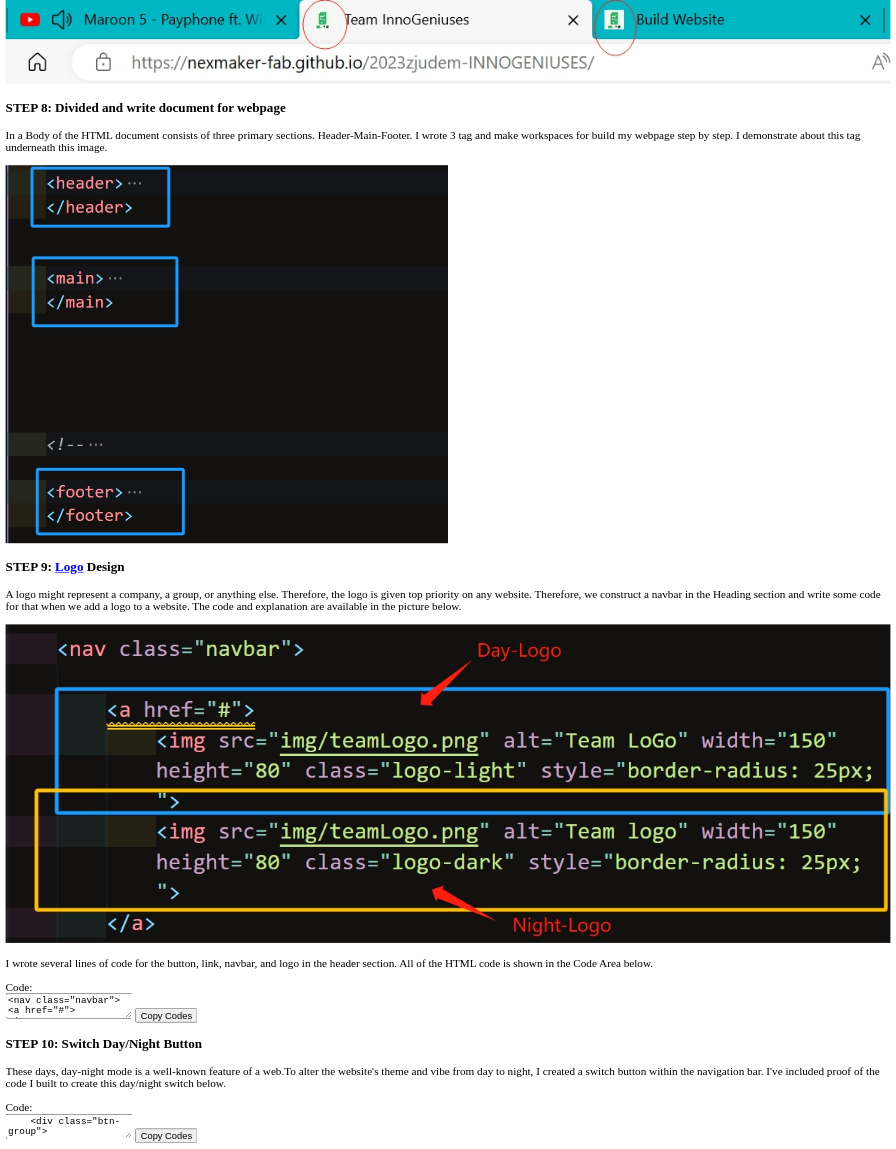
Repository: NexMaker-Fab/2023zjudem-INNOGENIUSES
Page: build web/page.html
The author's editor kept a copy of each file at every save. The page is drawn from the files as they stood at one save, then again after the next save.
The browser window is 1280 px wide. The pictures show the part of the page from y = 2290 to 4210 px (the page is 3931 px tall before and 4210 px after), at 70% of full size.

Above is the page before, as saved 2023-11-27 19:58:57.

### build web/page.html
<!DOCTYPE html>
<html lang="en">

<head>
    <meta charset="UTF-8">
    <meta name="viewport" content="width=device-width, initial-scale=1.0">
    <title>How to Build Website</title>
</head>

<body>
    <h3>STEP 4: Live Server Extension</h3>
    <p>Go to visual studio extention secsion, search live server and click install it. This extesion help to observe new change on your webpage when you change something in your code. You can see the exension installation image below:
    </p>
    <img src="img/Live Server.png" alt="description photo" style="width:100%; height: fit-content;">

    <h2 style="font-weight: bolder;">How to write the website document</h2>

    <h3>STEP 5: Make folder and file for writing code to build a website</h3>
    <p>Open VS Code and open clone repository folder. Create a html file, a css file & a JS file. Create a folder for image resources. After that go to the html file which is named index.html and write some basic html documents. You can see all the step
        in snapshot below:
    </p>
    <img src="img/bw1.png" alt="description photo" style="width:100%; height: fit-content;">
    <p>
        Here, I've included links to my external CSS file, a few fonts link, and bootstrap. That will assist me in designing and improving the appearance of my webpage.
    </p>

    <h3>STEP 6: Store Resources in img folder</h3>
    <p>To build a website we need some basic resources, such as logo, favicon, bg-picture, banner, etc. I have to gather all the resources in that folder as You can see all the step in snapshot below:
    </p>
    <img src="img/bw2.png" alt="description photo" style="width:50%; height: 100%;">

    <h3>STEP 7: Title and Title logo</h3>
    <p>An HTML document consists of two primary sections. Head and Body. The title of my website, some meta data, and the title logo—also referred to as a favicon by programmers—can all be written in the Head section. I demonstrate how to write a title and
        put a title logo underneath this image.
    </p>
    <img src="img/bw3.png" alt="description photo" style="width:100%; height: fit-content;">
    <p>
        favicon is a format that can help us put logo in title bar as you can see in the photo. Below of this page you can get how to make a <a href="#logoCreate">Logo</a> free.
    </p>
    <img src="img/title logo.png" alt="description photo" style="width:100%; height: 100%;">
    <h3>STEP 8: Divided and write document for webpage</h3>
    <p>In a Body of the HTML document consists of three primary sections. Header-Main-Footer. I wrote 3 tag and make workspaces for build my webpage step by step. I demonstrate about this tag underneath this image.
    </p>
    <img src="img/bw4.png" alt="description photo" style="width:50%; height:fit-content;">
    <h3>STEP 9: <a href="#BuildLogo">Logo</a> Design</h3>
    <p>A logo might represent a company, a group, or anything else. Therefore, the logo is given top priority on any website. Therefore, we construct a navbar in the Heading section and write some code for that when we add a logo to a website. The code and
        explanation are available in the picture below.
    </p>
    <img src="img/bw5.png" alt="description photo" style="width:100%; height:fit-content;">
    <p>I wrote several lines of code for the button, link, navbar, and logo in the header section. All of the HTML code is shown in the Code Area below.</p>
    <div class="code-boxes">
        <div class="code-box codeBox">
            <div class="topic">Code:</div>
            <textarea id="codeBox" readonly>
<nav class="navbar">
<a href="#">
<img src="img/teamLogo.png" alt="Team LoGo" width="150" height="80" class="logo-light"
style="border-radius: 25px;">
<img src="img/teamLogo.png" alt="Team logo" width="150" height="80" class="logo-dark"
style="border-radius: 25px;">
</a>

<div class="btn-group">

<button class="theme-btn theme-btn-mobile light">
<ion-icon name="moon" class="moon"></ion-icon>
<ion-icon name="sunny" class="sun"></ion-icon>
</button>

<button class="nav-menu-btn">
<ion-icon name="menu-outline"></ion-icon>
</button>

</div>

<div class="flex-wrapper">

<ul class="desktop-nav">

<li>
<a href="#home" class="nav-link">Home</a>
</li>

<li>
<a href="#project" class="nav-link">Projects</a>
</li>

<li>
<a href="#contact" class="nav-link">Contact US</a>
</li>

</ul>

<button class="theme-btn theme-btn-desktop light">
<ion-icon name="moon" class="moon"></ion-icon>
<ion-icon name="sunny" class="sun"></ion-icon>
</button>

</div>

<div class="mobile-nav">

<button class="nav-close-btn">
<ion-icon name="close-outline"></ion-icon>
</button>

<div class="wrapper">

<p class="h3 nav-title">Main Menu</p>

<ul>
<li class="nav-item">
<a href="#home" class="nav-link">Home</a>
</li>

<li class="nav-item">
<a href="#project" class="nav-link">Projects</a>
</li>

<li class="nav-item">
<a href="#contact">Contact Us</a>
</li>
</ul>
</div>
</div>

</nav>
        </textarea>
            <button id="codeButton">Copy Codes</button>
        </div>
    </div>
    <h3>STEP 10: Switch Day/Night Button</h3>
    <p>These days, day-night mode is a well-known feature of a web.To alter the website's theme and vibe from day to night, I created a switch button within the navigation bar. I've included proof of the code I built to create this day/night switch below.
    </p>
    <div class="code-boxes">
        <div class="code-box codeBox">
            <div class="topic">Code:</div>
            <textarea id="codeBox" readonly>
    <div class="btn-group">

    <button class="theme-btn theme-btn-mobile light">
    <ion-icon name="moon" class="moon"></ion-icon>
    <ion-icon name="sunny" class="sun"></ion-icon>
    </button>

    <button class="nav-menu-btn">
    <ion-icon name="menu-outline"></ion-icon>
    </button>

    </div>
                        </textarea>
            <button id="codeButton">Copy Codes</button>
        </div>
    </div>
</body>

</html>

After the next save:
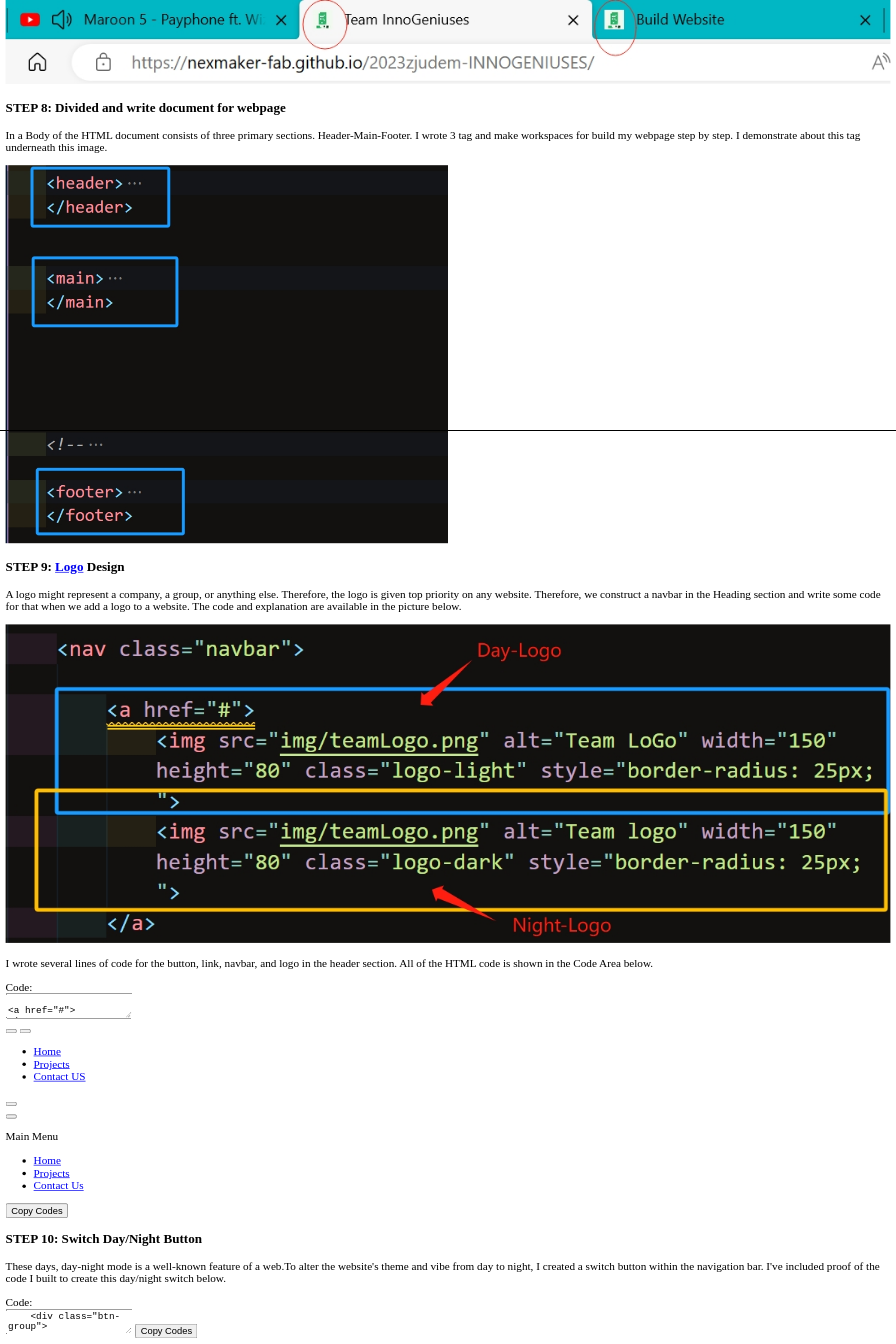
Saved 68 s later.
--- a/build web/page.html
+++ b/build web/page.html
@@ -52,80 +52,80 @@
         <div class="code-box codeBox">
             <div class="topic">Code:</div>
             <textarea id="codeBox" readonly>
-<nav class="navbar">
+
 <a href="#">
 <img src="img/teamLogo.png" alt="Team LoGo" width="150" height="80" class="logo-light"
 style="border-radius: 25px;">
 <img src="img/teamLogo.png" alt="Team logo" width="150" height="80" class="logo-dark"
 style="border-radius: 25px;">
 </a>
+</textarea>
+            <div class="btn-group">
 
-<div class="btn-group">
-
-<button class="theme-btn theme-btn-mobile light">
+                <button class="theme-btn theme-btn-mobile light">
 <ion-icon name="moon" class="moon"></ion-icon>
 <ion-icon name="sunny" class="sun"></ion-icon>
 </button>
 
-<button class="nav-menu-btn">
+                <button class="nav-menu-btn">
 <ion-icon name="menu-outline"></ion-icon>
 </button>
 
-</div>
+            </div>
 
-<div class="flex-wrapper">
+            <div class="flex-wrapper">
 
-<ul class="desktop-nav">
+                <ul class="desktop-nav">
 
-<li>
-<a href="#home" class="nav-link">Home</a>
-</li>
+                    <li>
+                        <a href="#home" class="nav-link">Home</a>
+                    </li>
 
-<li>
-<a href="#project" class="nav-link">Projects</a>
-</li>
+                    <li>
+                        <a href="#project" class="nav-link">Projects</a>
+                    </li>
 
-<li>
-<a href="#contact" class="nav-link">Contact US</a>
-</li>
+                    <li>
+                        <a href="#contact" class="nav-link">Contact US</a>
+                    </li>
 
-</ul>
+                </ul>
 
-<button class="theme-btn theme-btn-desktop light">
+                <button class="theme-btn theme-btn-desktop light">
 <ion-icon name="moon" class="moon"></ion-icon>
 <ion-icon name="sunny" class="sun"></ion-icon>
 </button>
 
-</div>
+            </div>
 
-<div class="mobile-nav">
+            <div class="mobile-nav">
 
-<button class="nav-close-btn">
+                <button class="nav-close-btn">
 <ion-icon name="close-outline"></ion-icon>
 </button>
 
-<div class="wrapper">
+                <div class="wrapper">
 
-<p class="h3 nav-title">Main Menu</p>
+                    <p class="h3 nav-title">Main Menu</p>
 
-<ul>
-<li class="nav-item">
-<a href="#home" class="nav-link">Home</a>
-</li>
+                    <ul>
+                        <li class="nav-item">
+                            <a href="#home" class="nav-link">Home</a>
+                        </li>
 
-<li class="nav-item">
-<a href="#project" class="nav-link">Projects</a>
-</li>
+                        <li class="nav-item">
+                            <a href="#project" class="nav-link">Projects</a>
+                        </li>
 
-<li class="nav-item">
-<a href="#contact">Contact Us</a>
-</li>
-</ul>
-</div>
-</div>
+                        <li class="nav-item">
+                            <a href="#contact">Contact Us</a>
+                        </li>
+                    </ul>
+                </div>
+            </div>
 
-</nav>
-        </textarea>
+            </nav>
+            </textarea>
             <button id="codeButton">Copy Codes</button>
         </div>
     </div>
@@ -148,7 +148,7 @@ style="border-radius: 25px;">
     </button>
 
     </div>
-                        </textarea>
+            </textarea>
             <button id="codeButton">Copy Codes</button>
         </div>
     </div>
